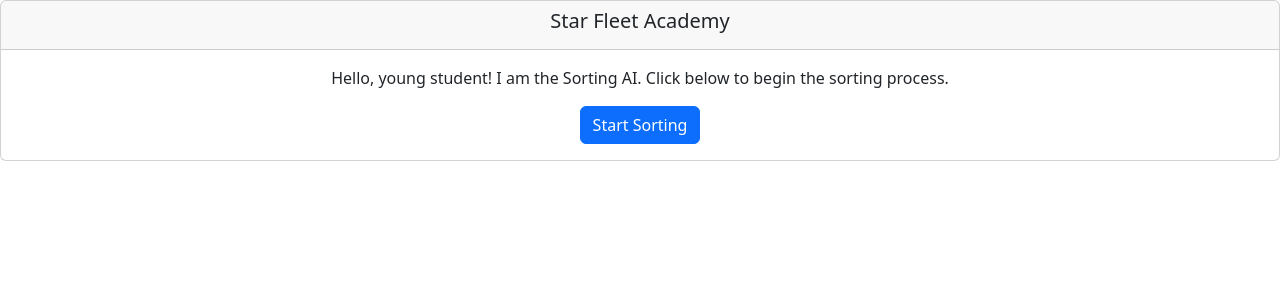
Repository: PaulPatterson48/ASSIGNMENT-StarFleet_academy
Page: index.html
These files come from the project's save history. The page is drawn as it stood at one moment and after the next save; the edit follows.
The browser window is 1280 px wide. The pictures show the whole page.

Above is the page before, as saved 2023-08-06 15:36:36.
Console error: ReferenceError: ships is not defined

After the next save:
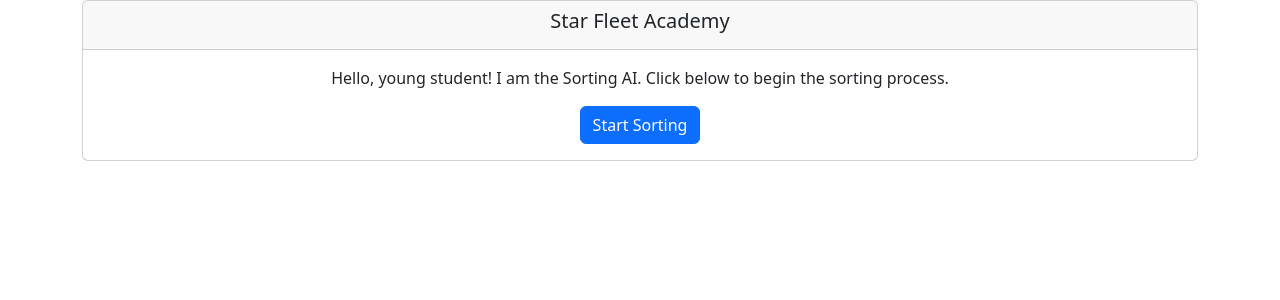
Saved 2 min 0 s later.
--- a/index.html
+++ b/index.html
@@ -9,10 +9,11 @@
 </head>
 <body>
   <div class="container">
-    <div="filterContainer"></div>
+
     <div id="sortingCadetCard" class="card text-center">
       <div class="card-header">
         <h5>Star Fleet Academy</h5>
+        <div id="filterContainer"></div>
       </div>
       <div class="card-body">
         <p>Hello, young student! I am the Sorting AI. Click below to begin the sorting process.</p>
@@ -31,13 +32,11 @@
             <label for="studentName">Student Name:</label>
             <input type="text" class="form-control" id="studentName" required>
           </div>
-
           <button id="sortStudentBtn" type="submit" class="btn btn-primary">Sort</button>
         </form>
       </div>
     </div>
-
-    <div id="sortedStudents" class="mt-4"></div>
+      <div id="sortedStudents" class="mt-4"></div>
     <script src="https://cdn.jsdelivr.net/npm/bootstrap@5.1.3/dist/js/bootstrap.bundle.min.js" integrity="sha384-ka7Sk0Gln4gmtz2MlQnikT1wXgYsOg+OMhuP+IlRH9sENBO0LRn5q+8nbTov4+1p" crossorigin="anonymous"></script>
     <script src="main.js"></script>
   </div>
